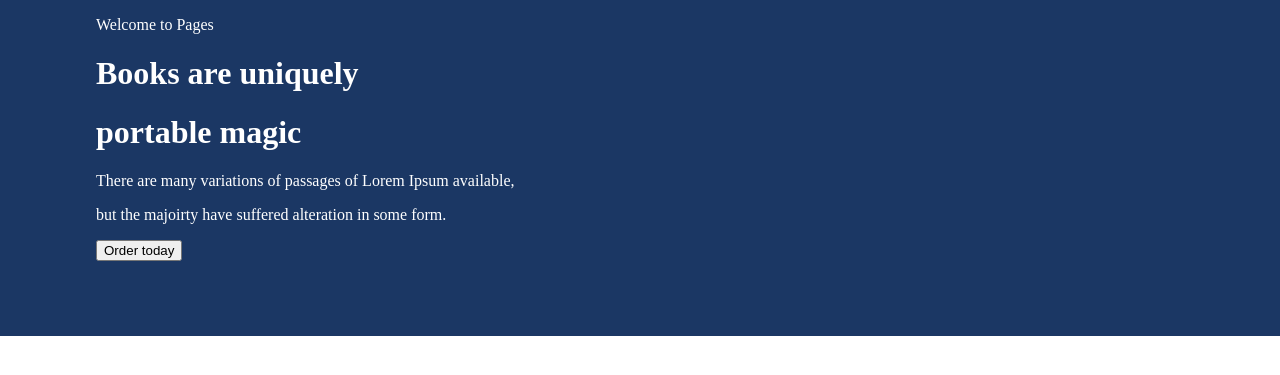
Repository: Godnorg/Class2
Page: index.html
An editor plug-in stored every save of this project. The page is shown before and after a run of saves, followed by the edit.
The browser window is 1280 px wide. The pictures show the whole page.

Above is the page before, as saved 2023-02-13 21:41:08.

### index.html
<!DOCTYPE html>
<html lang="en">
<head>
    <meta charset="UTF-8">
    <meta http-equiv="X-UA-Compatible" content="IE=edge">
    <meta name="viewport" content="width=device-width, initial-scale=1.0">
    <title>Class 2</title>
    <link rel="stylesheet" href="index.css">
</head>
<body>
<div class="page1">
    <div class="allpages">
        <div class="navigation bar">

        </div>
        <div class="middle">
            <div>
                <p>Welcome to Pages</p>
                <h1>Books are uniquely</h1>
                <h1>portable magic</h1>
                <p>There are many variations of passages of Lorem Ipsum available,</p>
                <p>but the majoirty have suffered alteration in some form.</p>
                <button class="button">Order today</button>
            </div>
            <div>

            </div>
        </div>
    </div>
</div>


</body>
</html>

### index.css
body {
    margin: 0;
    padding: 0;
}

.page1 {
    background: #1B3764;
    padding-bottom: 75px;
    color: white;
}

.allpages {
    width: 85%;
    margin: auto;
}

.middle {
    display: grid;
    grid-template-columns: 1fr 1fr;
    column-gap: 35px;

}

.style {
    width: 10px;
}

.button {

}

After the next 3 saves:
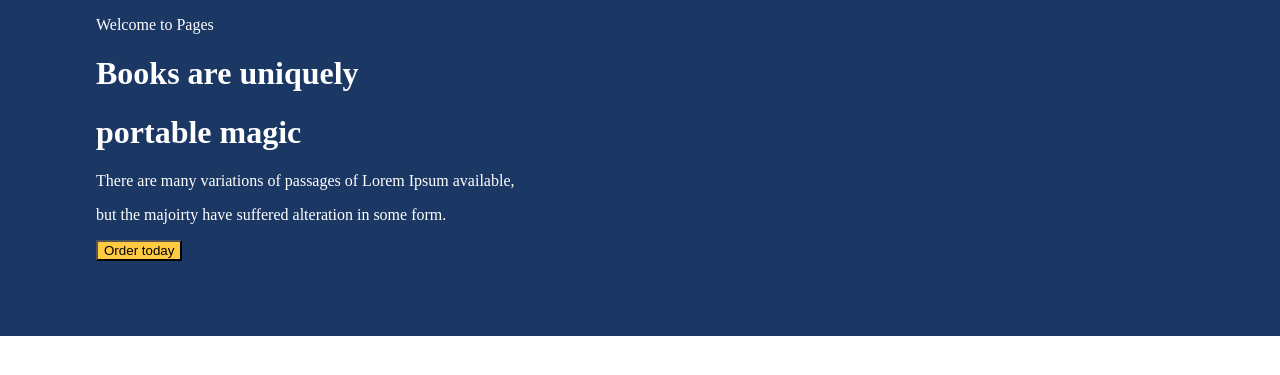
The 3 saves are shown as one change because they came seconds apart.
The last was saved 71 s later.
--- a/index.css
+++ b/index.css
@@ -26,5 +26,5 @@ body {
 }
 
 .button {
-
+    background: #FFCA42;
 }
